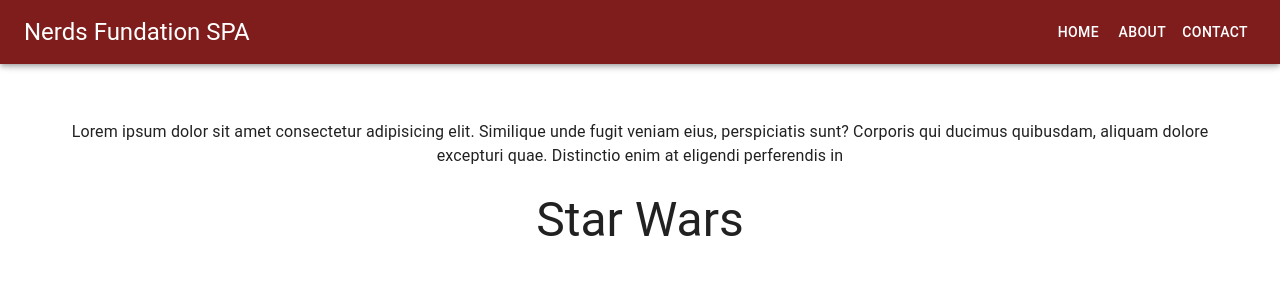
Repository: marianozamora/lisit-challenge
Page: /
The author's editor kept a copy of each file at every save. The page is drawn from the files as they stood at one save, then again after the next save.
The browser window is 1280 px wide. The pictures show the whole page.
The page's requests for data from a server got no answer. The project was rebuilt for these pictures with package versions that can differ from the ones it lists, and the page was loaded fresh each time. Some packages were replaced by stand-ins written for this rebuild. No one was signed in, and anything a server would have sent is missing. Also part of the build but not shown: vite.config.ts, src/components/Pagination.tsx.

Above is the page before, as saved 2023-05-11 00:52:20.

### src/main.tsx
import React from 'react'
import ReactDOM from 'react-dom/client'
import App from './App.tsx'
import './index.css'
import { QueryClientProvider } from '@tanstack/react-query';
import queryClient from './queryClient';
import { ReactQueryDevtools } from '@tanstack/react-query-devtools';

ReactDOM.createRoot(document.getElementById('root') as HTMLElement).render(
  <React.StrictMode>
    <QueryClientProvider client={queryClient}>
      <App />
      <ReactQueryDevtools initialIsOpen></ReactQueryDevtools>
    </QueryClientProvider>
  </React.StrictMode>,
)

### src/App.tsx
import { useFetchPeople } from './hooks/useSwapi'
import './App.css'
import { People } from './hooks/types'
import Pagination from '../src/components/Pagination'
import React from 'react'
import { Box, Typography } from '@mui/material';
import Header from './components/Header';
function App() {
  const [currentPage, setCurrentPage] = React.useState(1)
  const { data, isLoading, isError } = useFetchPeople({ page: currentPage})
  //if (isLoading) return <div>Loading...</div>

  // if (data && data.count === null) {
  //   return null; // or display a different message or loading state
  // }


  return (
    <>
      <Header />
      <Box sx={{ display: 'flex', justifyContent: 'center', alignItems: 'center' }}>
        <Typography variant="h3" component="div" gutterBottom>
          Star Wars
        </Typography>
      </Box>
    <Box>
      {data?.results.map((person: People) => (
        <div key={person.name}>{person.name}</div>
      ))}
      {/* <button onClick={
        () => {
          setCurrentPage(currentPage + 1)
        }
      } >
        Next
      </button> */}

      {
        data && data.count > 0 && <Pagination
        onPageChange={(event, value) => {
          setCurrentPage(value)
        }}
        count={data?.count}
        elementsPerPage={10}
        currentPage={currentPage}
      />

      }

      </Box>
    </>

  )
}

export default App

### src/index.css
@tailwind base;
@tailwind components;
@tailwind utilities;
/*
:root {
  font-family: Inter, system-ui, Avenir, Helvetica, Arial, sans-serif;
  line-height: 1.5;
  font-weight: 400;

  color-scheme: light dark;
  color: rgba(255, 255, 255, 0.87);
  background-color: #242424;

  font-synthesis: none;
  text-rendering: optimizeLegibility;
  -webkit-font-smoothing: antialiased;
  -moz-osx-font-smoothing: grayscale;
  -webkit-text-size-adjust: 100%;
}

a {
  font-weight: 500;
  color: #646cff;
  text-decoration: inherit;
}
a:hover {
  color: #535bf2;
}

body {
  margin: 0;
  display: flex;
  place-items: center;
  min-width: 320px;
  min-height: 100vh;
}

h1 {
  font-size: 3.2em;
  line-height: 1.1;
}

button {
  border-radius: 8px;
  border: 1px solid transparent;
  padding: 0.6em 1.2em;
  font-size: 1em;
  font-weight: 500;
  font-family: inherit;
  background-color: #1a1a1a;
  cursor: pointer;
  transition: border-color 0.25s;
}
button:hover {
  border-color: #646cff;
}
button:focus,
button:focus-visible {
  outline: 4px auto -webkit-focus-ring-color;
}

@media (prefers-color-scheme: light) {
  :root {
    color: #213547;
    background-color: #ffffff;
  }
  a:hover {
    color: #747bff;
  }
  button {
    background-color: #f9f9f9;
  }
} */

### src/queryClient.ts
import { QueryClient } from '@tanstack/react-query';

const queryClient = new QueryClient();

export default queryClient;

### src/hooks/useSwapi.ts
import api from '../api/swapi';
import { useQuery } from '@tanstack/react-query';

export async function fetchPeople({page=1}) {
    const { data } = await api.get(`people/?page=${page}`);
    return data;
}

export function useFetchPeople({ page = 1 } = {}) {
    return useQuery({
        queryKey: ['people', { page }],
        queryFn: () => fetchPeople({ page }),
    })

}

async function fetchPerson(id) {
    const { data } = await api.get(`people/${id}`);
    return data;
}

### src/components/Header.tsx
import * as React from 'react';
import { AppBar, Toolbar, IconButton, Typography, Box, CssBaseline} from '@mui/material';
import { Drawer, List, ListItem, ListItemButton, ListItemText, Divider, Button } from '@mui/material';
import MenuIcon from '@mui/icons-material/Menu';
interface Props {
    /**
     * Injected by the documentation to work in an iframe.
     * You won't need it on your project.
     */
    window?: () => Window;
}


const drawerWidth = 240;
const navItems = ['Home', 'About', 'Contact'];

export default function Header(props: Props) {

    const { window } = props;
    const [mobileOpen, setMobileOpen] = React.useState(false);

    const handleDrawerToggle = () => {
        setMobileOpen((prevState) => !prevState);
    };

    const drawer = (
        <Box onClick={handleDrawerToggle} sx={{ textAlign: 'center' }}>
        <Typography variant="h6" sx={{ my: 2 }}>
            MUI
        </Typography>
        <Divider />
        <List>
            {navItems.map((item) => (
            <ListItem key={item} disablePadding>
                <ListItemButton sx={{ textAlign: 'center' }}>
                <ListItemText primary={item} />
                </ListItemButton>
            </ListItem>
            ))}
        </List>
        </Box>
    );

    const container = window !== undefined ? () => window().document.body : undefined;

    return (
            <Box sx={{ display: 'flex' }}>
            <CssBaseline />
            <AppBar component="nav">
            <Toolbar className="bg-red-900 flex justify-between">
                <IconButton
                color="inherit"
                aria-label="open drawer"
                edge="start"
                onClick={handleDrawerToggle}
                sx={{ mr: 2, display: { sm: 'none' } }}
                >
                <MenuIcon />
                </IconButton>
                <Typography
                variant="h5"
                component="div"
                className="text-white "
                sx={{ display: { xs: 'none', sm: 'block' } }}
                >
                Nerds Fundation SPA
                </Typography>
                <Box sx={{ display: { xs: 'none', sm: 'block' } }}>
                {navItems.map((item) => (
                    <Button key={item} sx={{ color: '#fff' }}>
                    {item}
                    </Button>
                ))}
                </Box>
            </Toolbar>
            </AppBar>
            <Box component="nav">
                <Drawer
                container={container}
                variant="temporary"
                open={mobileOpen}
                onClose={handleDrawerToggle}
                ModalProps={{
                keepMounted: true, // Better open performance on mobile.
                }}
                sx={{
                display: { xs: 'block', sm: 'none' },
                '& .MuiDrawer-paper': { boxSizing: 'border-box', width: drawerWidth },
                }}
            >
                {drawer}
            </Drawer>
            </Box>
            <Box component="main" sx={{ p: 3 }}>
            <Toolbar />
            <Typography>
                Lorem ipsum dolor sit amet consectetur adipisicing elit. Similique unde
                fugit veniam eius, perspiciatis sunt? Corporis qui ducimus quibusdam,
                aliquam dolore excepturi quae. Distinctio enim at eligendi perferendis in
            </Typography>
            </Box>
        </Box>
    )
}

### src/api/swapi.ts
import axios from 'axios';

const api = axios.create({
    baseURL: 'https://swapi.dev/api/',
});

export default api;

Loaded but not shown: index.html (common file); src/App.css (common file); tailwind.config.js (common file)

After the next save:
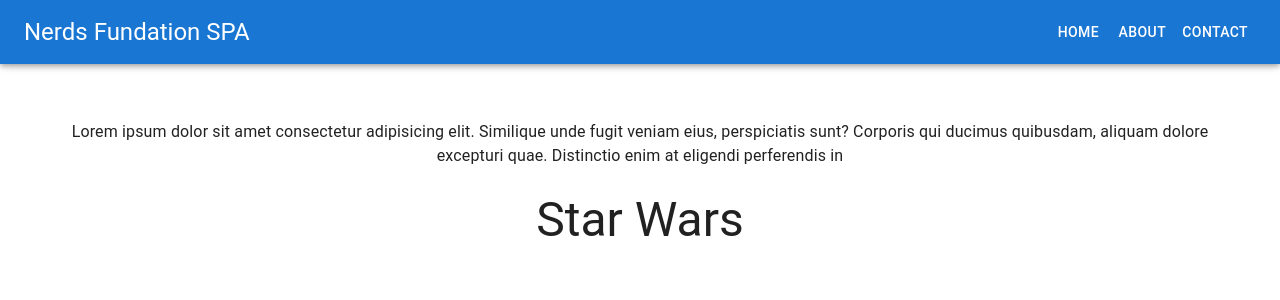
Saved 12 s later.
--- a/src/components/Header.tsx
+++ b/src/components/Header.tsx
@@ -47,7 +47,7 @@
             <Box sx={{ display: 'flex' }}>
             <CssBaseline />
             <AppBar component="nav">
-            <Toolbar className="bg-red-900 flex justify-between">
+            <Toolbar className="bg-black-900 flex justify-between">
                 <IconButton
                 color="inherit"
                 aria-label="open drawer"
